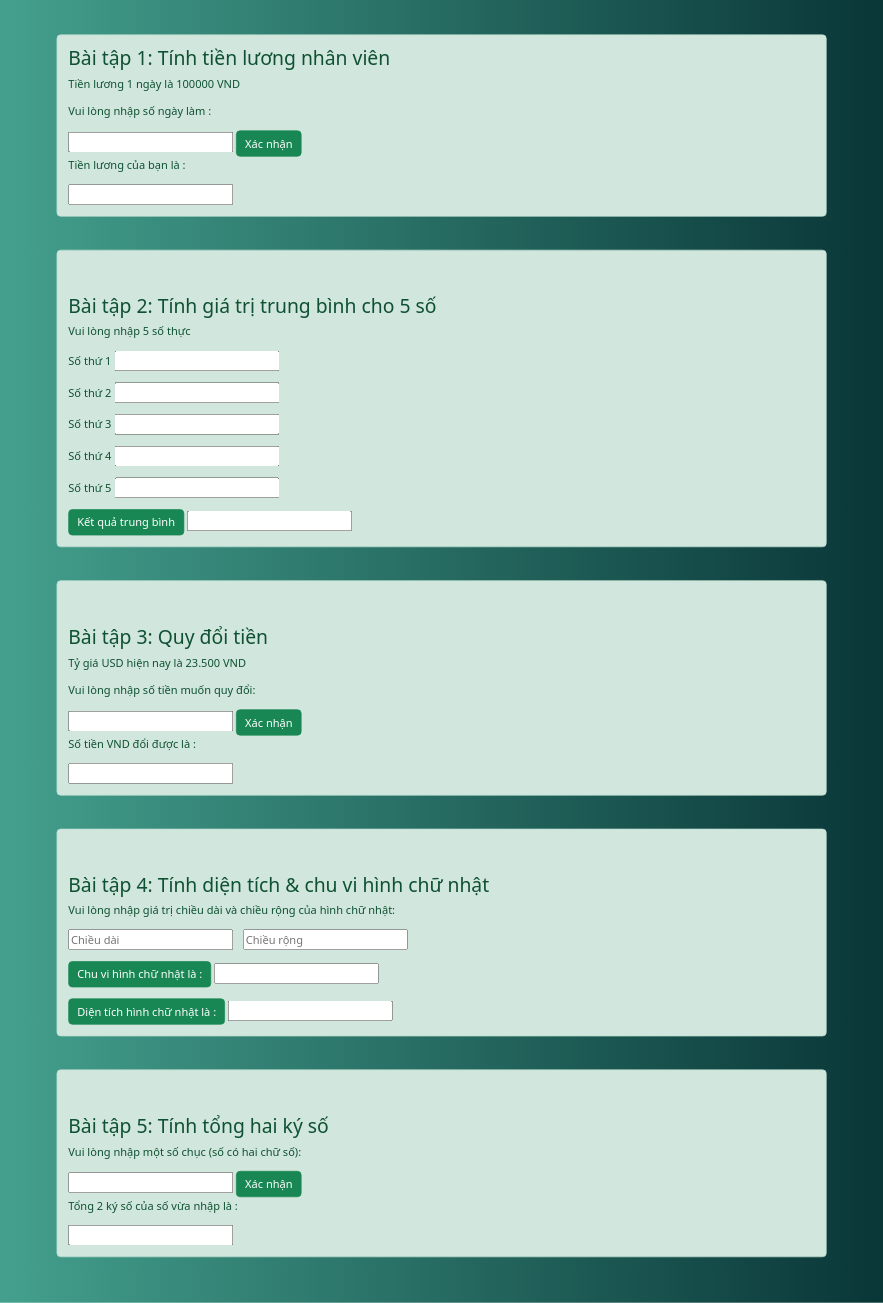
Repository: hcozyph/TranHuuPhuoc_BC43_BT_JS_Buoi2
Page: index.html
The author's editor kept a copy of each file at every save. The page is drawn from the files as they stood at one save, then again after the next save.
The browser window is 1280 px wide. The pictures show the whole page, at 69% of full size.

Above is the page before, as saved 2023-02-03 20:31:16.

After the next save:
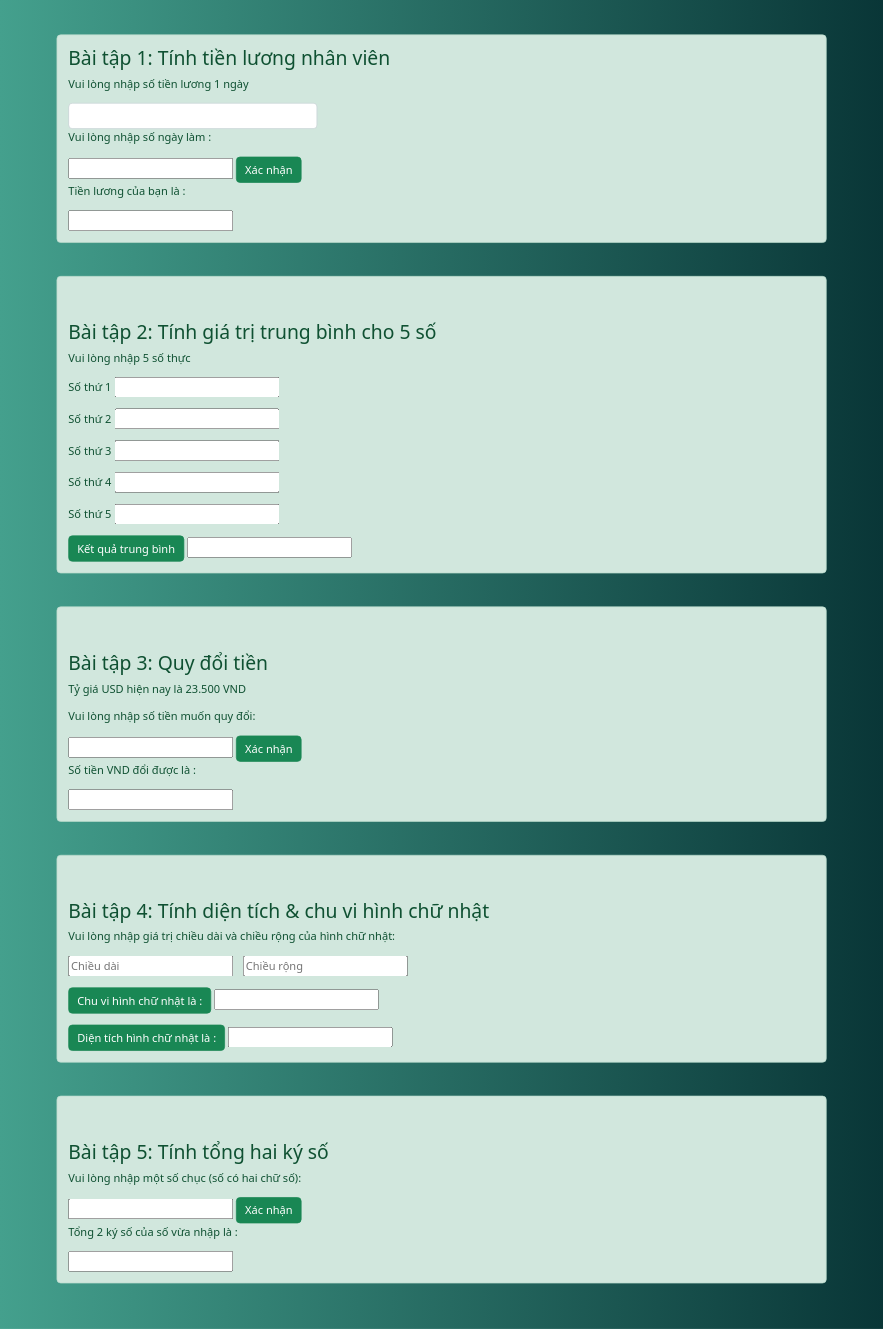
Saved 3 min 27 s later.
--- a/index.html
+++ b/index.html
@@ -47,7 +47,18 @@
                 <!-- BT-1 -->
                 <div class="BT1 alert alert-success">
                     <h1 class="fs-3">Bài tập 1: Tính tiền lương nhân viên</h1>
-                    <p>Tiền lương 1 ngày là 100000 VND</p>
+
+                    <div class="col-4">
+                        <p>Vui lòng nhập số tiền lương 1 ngày</p>
+
+                        <input
+                            type="text"
+                            id="luongMotNgay"
+                            class="form-control"
+                        />
+                    </div>
+
+                    <div class="col-4"></div>
                     <p>Vui lòng nhập số ngày làm :</p>
                     <input type="number" id="soNgayLam" />
                     <button
